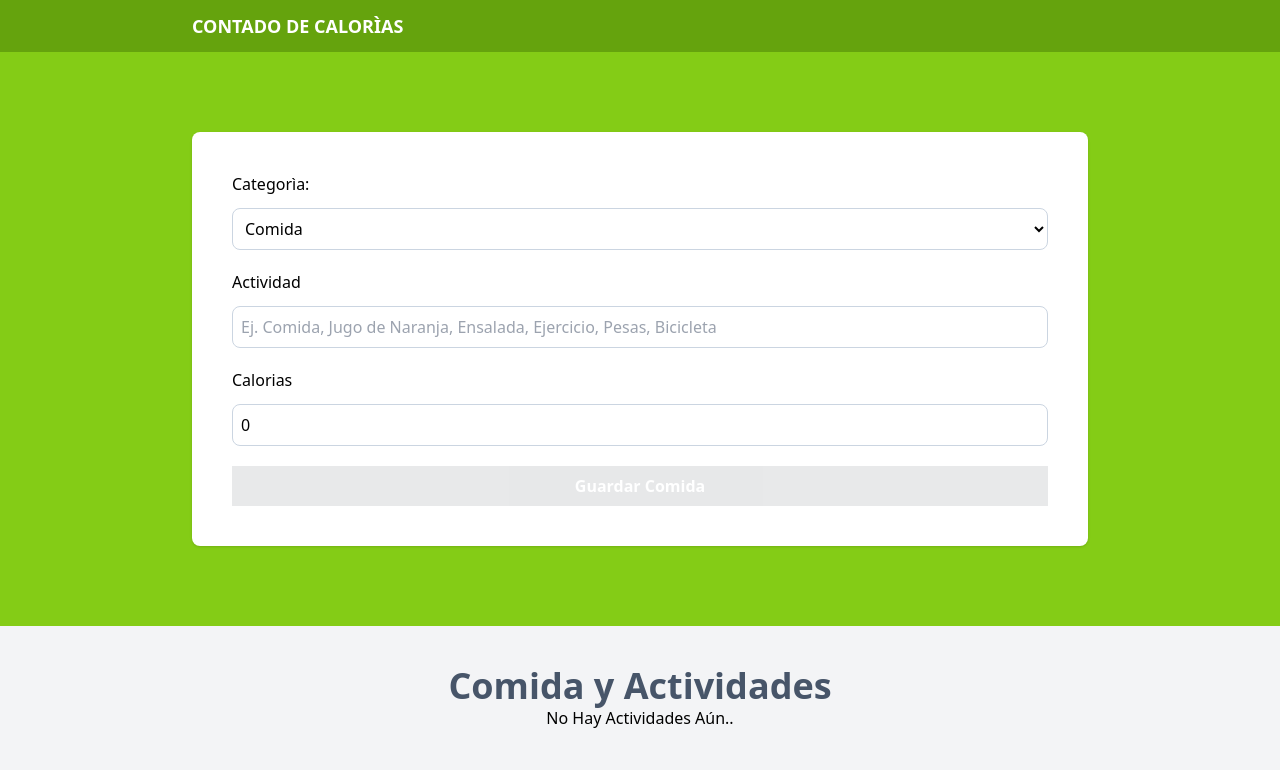
Repository: Matiiu/calorie-tracker
Page: /
An editor plug-in stored every save of this project. The page is shown before and after the next save, followed by the edit.
The browser window is 1280 px wide. The pictures show the whole page.
The project was rebuilt for these pictures with package versions that can differ from the ones it lists, and the page was loaded fresh each time. Also part of the build but not shown: vite.config.ts.

Above is the page before, as saved 2024-04-01 17:52:11.

After the next save:
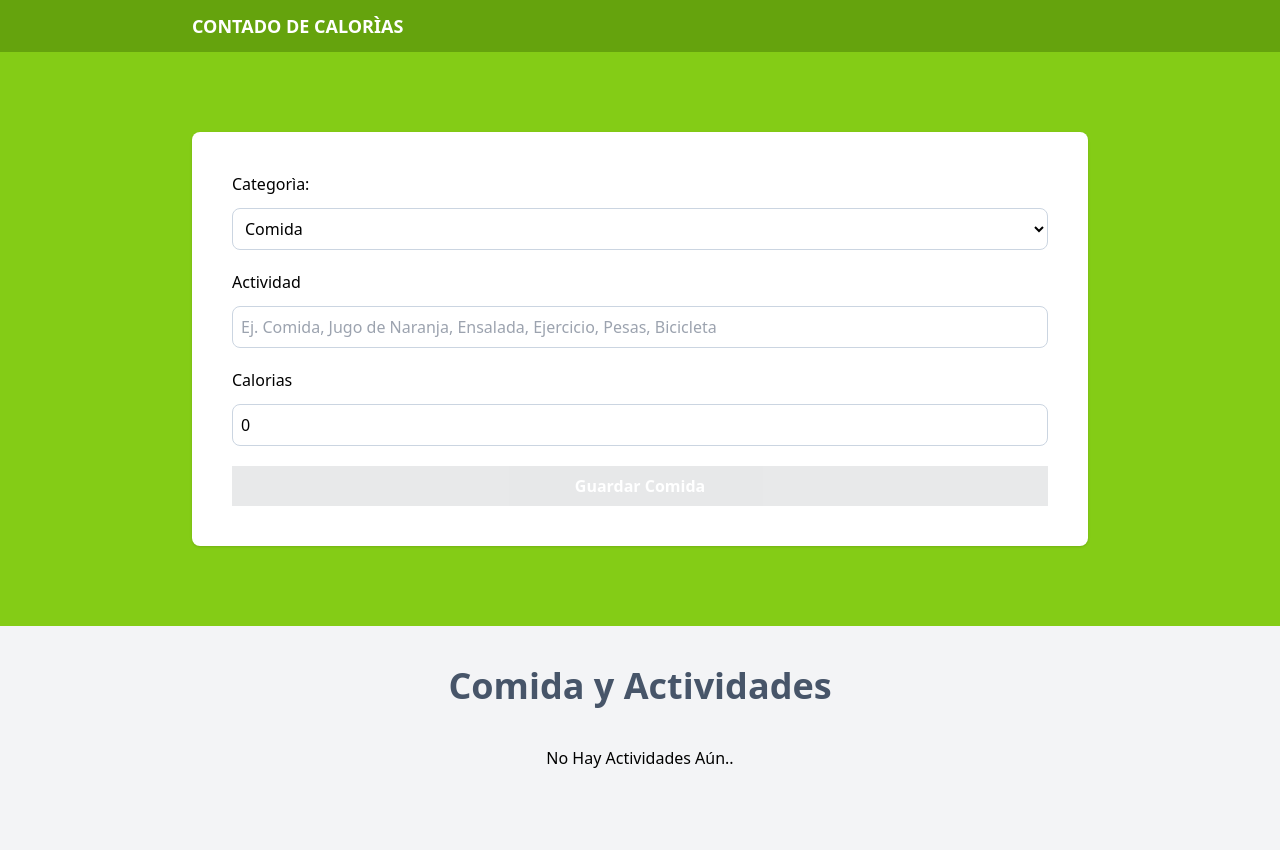
Saved 11 s later.
--- a/src/components/ActivityList.tsx
+++ b/src/components/ActivityList.tsx
@@ -46,7 +46,7 @@ export default function ActivityList({
       </h2>
 
       {!activities.length ? (
-        <p className="text-center">No Hay Actividades Aún..</p>
+        <p className="text-center py-10">No Hay Actividades Aún..</p>
       ) : (
         activities.map((activity) => (
           <div
